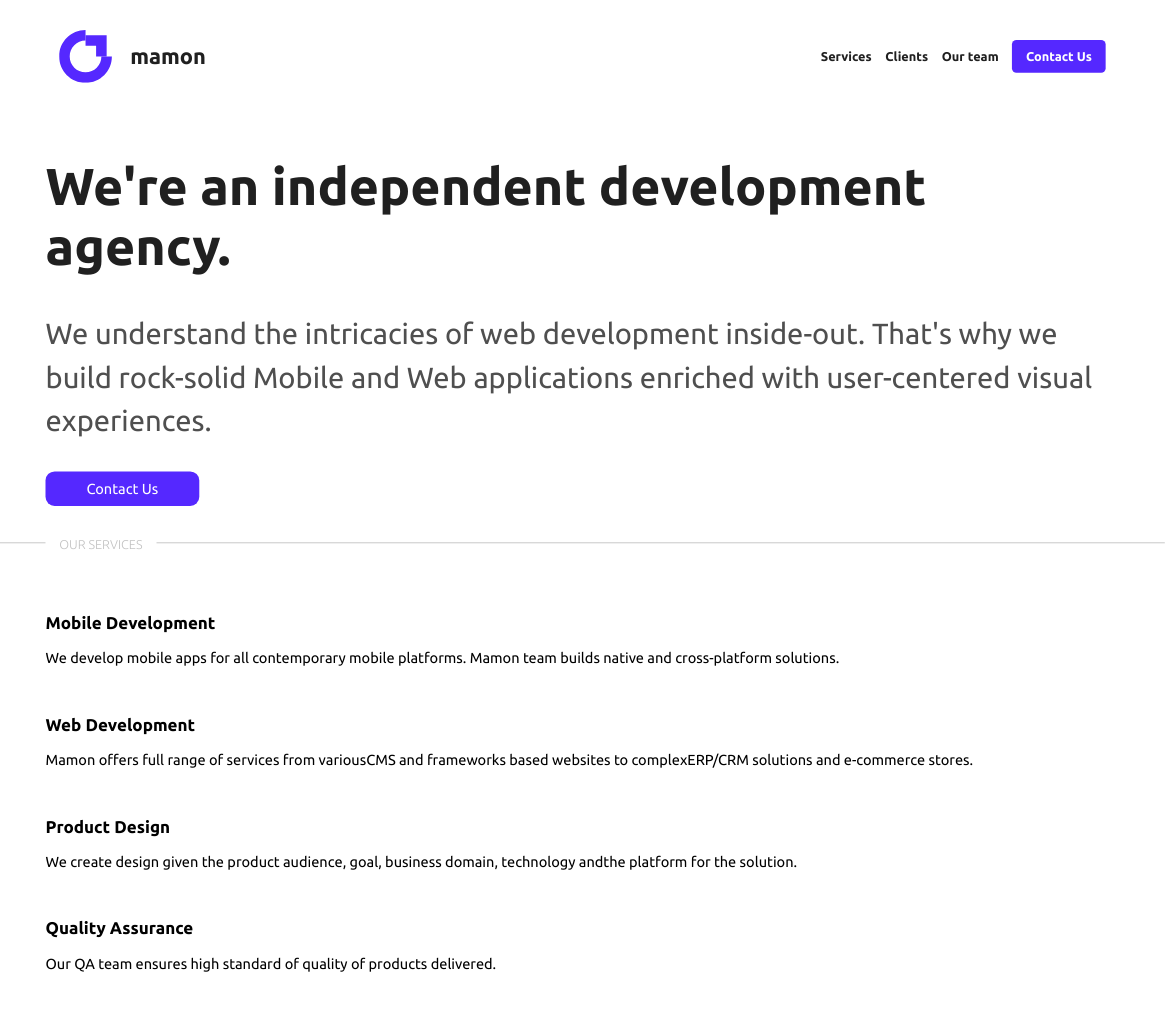
Repository: Vitalii23081984/testHGC
Page: index.html
These files come from the project's save history. The page is drawn as it stood at one moment and after the next save; the edit follows.
The browser window is 1280 px wide. The pictures show the whole page, at 91% of full size.

Above is the page before, as saved 2022-11-20 15:19:39.

After the next save:
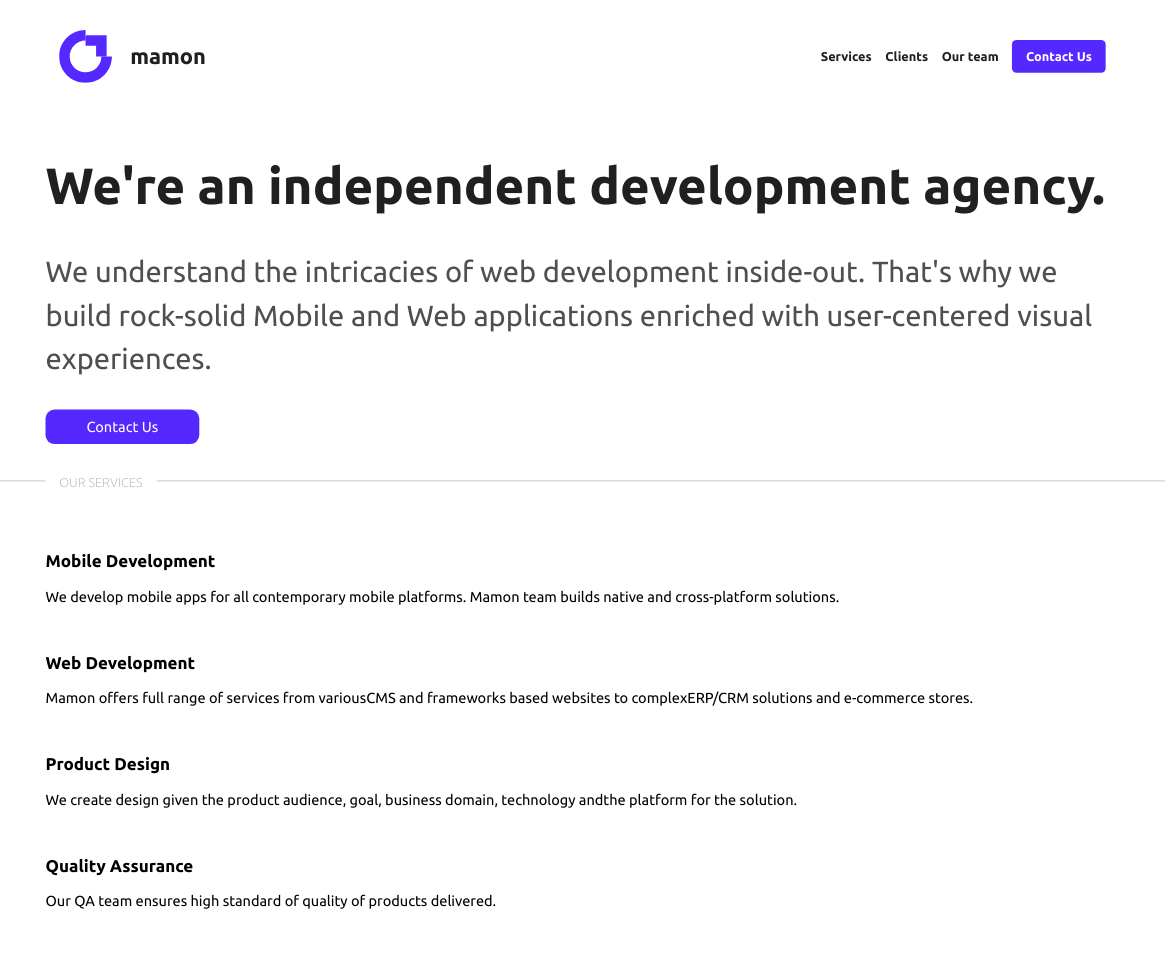
Saved 107 s later.
--- a/css/style.css
+++ b/css/style.css
@@ -64,7 +64,7 @@
 
 }
 .title-main {
-   font-size: 57px;
+   font-size: 56px;
    color: #202020;
    font-weight: 700;
 
